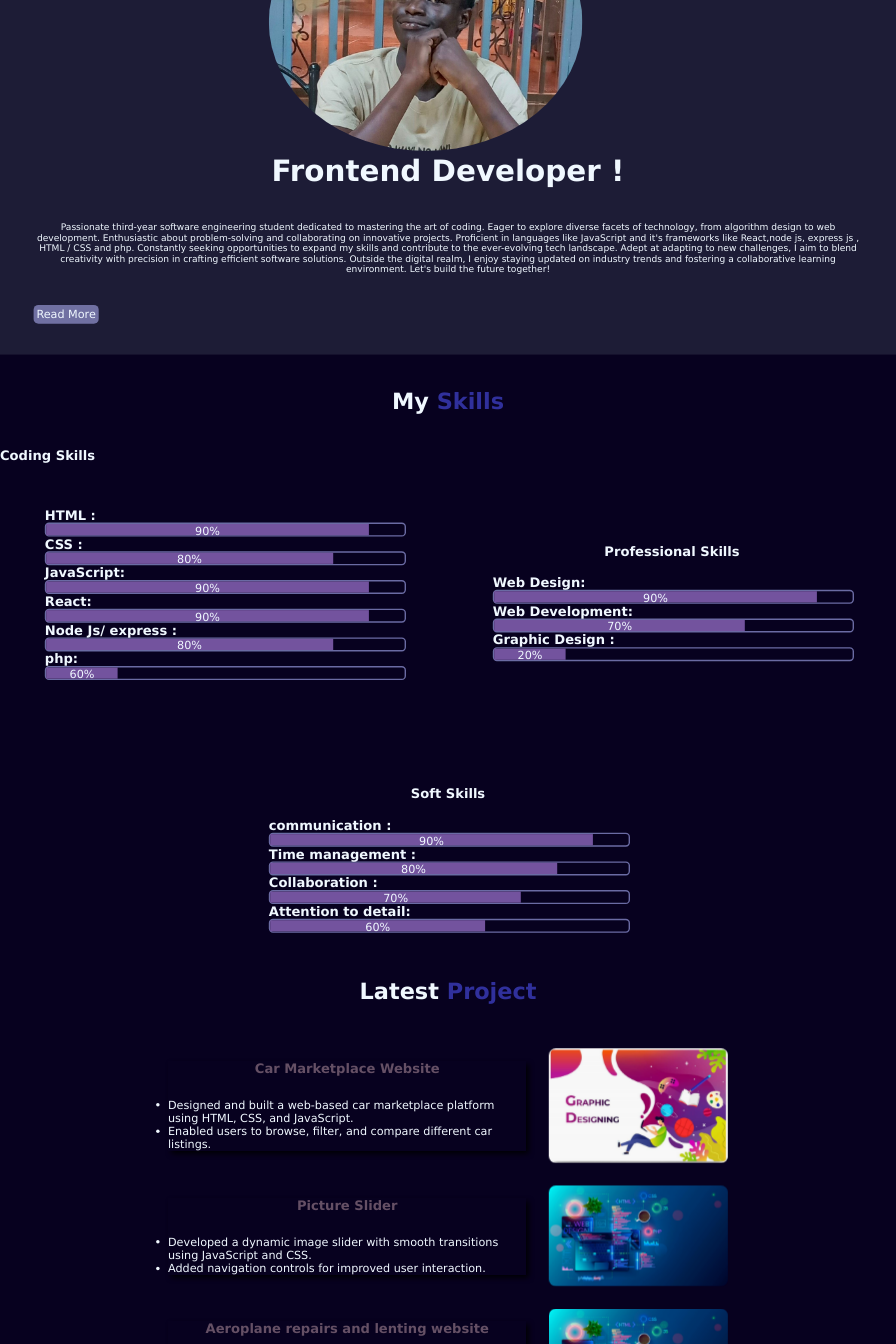
Repository: shrewd-baddest/portfolio
Page: myportfolio-main/index.html
These files come from the project's save history. The page is drawn as it stood at one moment and after a run of saves; the edit follows.
The browser window is 1280 px wide. The pictures show the part of the page from y = 832 to 2752 px (the page is 3394 px tall), at 70% of full size.
Some web libraries are served in a nearby version.

Above is the page before, as saved 2025-06-24 07:52:32.

After the next 2 saves:
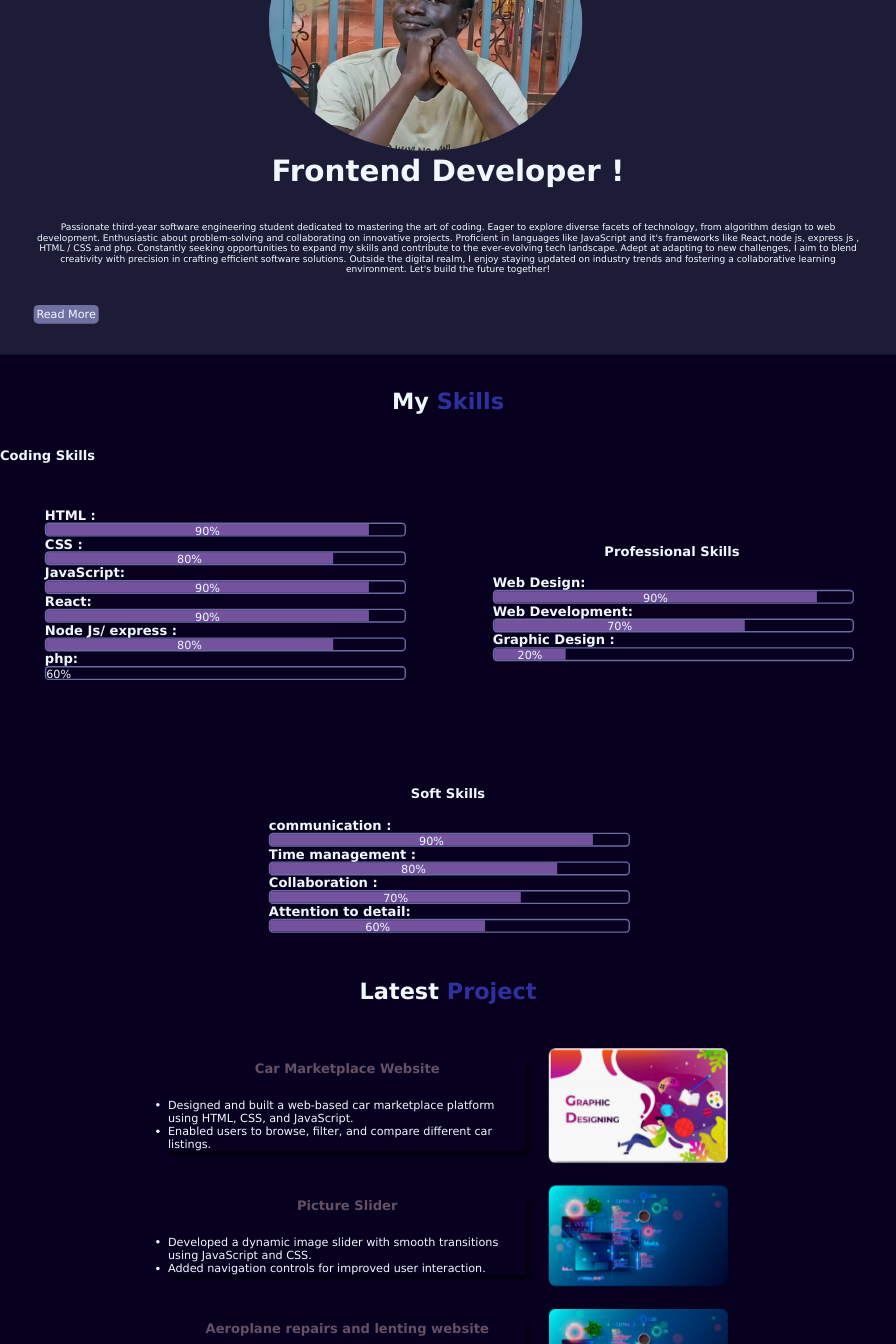
The 2 saves are shown as one change because they came seconds apart.
The last was saved 2 min 40 s later.
--- a/myportfolio-main/index.html
+++ b/myportfolio-main/index.html
@@ -112,7 +112,7 @@
 
                         <div class="progress">
                               <h3><i class='bx box-php'></i>php:</h3>
-                            <div class="bar"><div class="py">60%</div></div>
+                            <div class="bar"><div class="php">60%</div></div>
 
                 </div>
             </div>

After the 3 saves that followed:
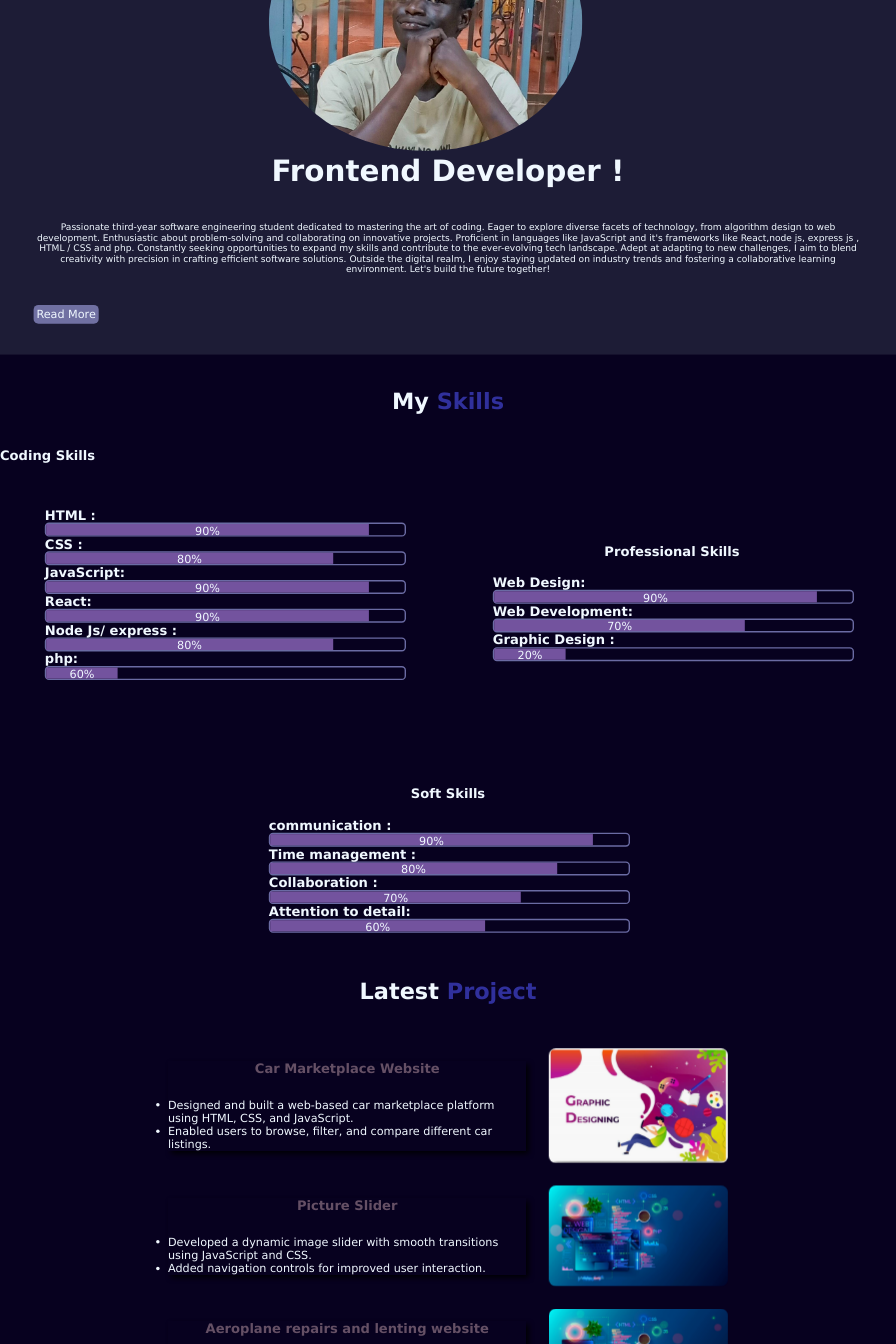
The 3 saves are shown as one change because 2 left the picture as it was.
The last was saved 24 s later.
--- a/sting.css
+++ b/sting.css
@@ -245,7 +245,12 @@ margin-bottom: 4rem;
   background-color: rgb(115, 83, 158);
   text-align: center;
  }
-
+.php{
+    height: 1rem;
+  width: 20%;
+  background-color: rgb(115, 83, 158);
+  text-align: center;
+}
  .CO{
   height: 1rem;
 width: 90%;
